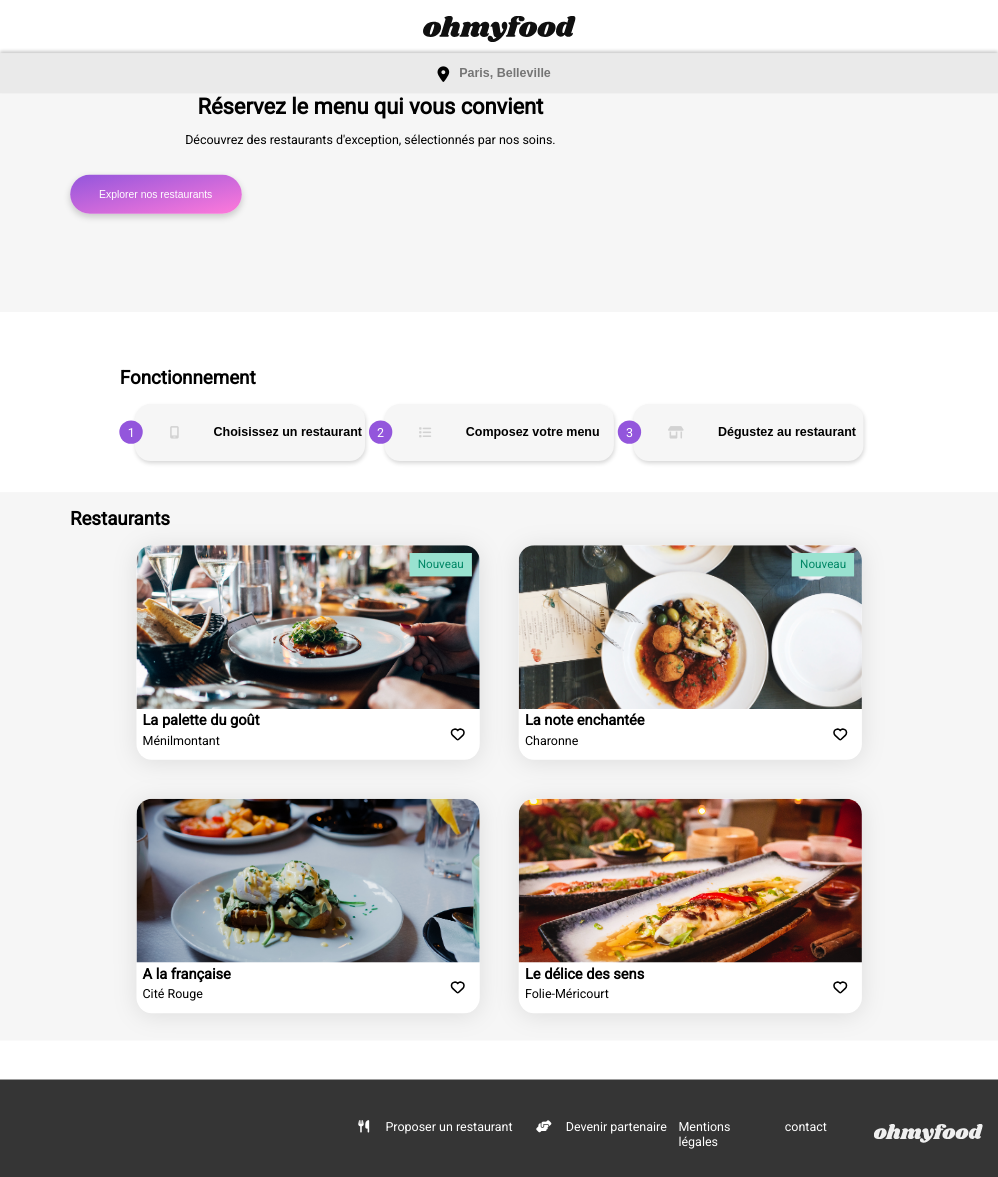
Repository: ByteVoyageur/OC-P4
Page: index.html
The author's editor kept a copy of each file at every save. The page is drawn from the files as they stood at one save, then again after the next save.
The browser window is 1280 px wide. The pictures show the whole page, at 78% of full size.
Some web fonts or font styles are not loaded; a fallback is used. The style sheet was rebuilt from its Sass, Less or Tailwind sources for each picture, by a compiler version that may differ from the author's.

Above is the page before, as saved 2023-09-28 14:57:30.

### index.html
<!DOCTYPE html>
<html lang="fr">

<head>
    <meta charset="UTF-8">
    <meta name="viewport" content="width=device-width, initial-scale=1.0">
    <title>Ohmyfood</title>
    <link rel="stylesheet" href="https://cdnjs.cloudflare.com/ajax/libs/font-awesome/6.2.1/css/all.min.css">
    <link rel="preconnect" href="https://fonts.googleapis.com">
    <link rel="preconnect" href="https://fonts.gstatic.com" crossorigin>
    <link href='https://fonts.googleapis.com/css?family=Roboto' rel='stylesheet'>
    <link href="https://fonts.googleapis.com/css2?family=Shrikhand&display=swap" rel="stylesheet">
    <link href="https://fonts.googleapis.com/css2?family=Bebas+Neue&display=swap" rel="stylesheet">
    <link rel="stylesheet" href="assets/css/style.css">
</head>

<body>
    <div class="promo-bouncer-animation">
        <div class="bouncer">
            <div></div>
            <div></div>
            <div></div>
        </div>
        <div class="promo-text">
            Profitez de <span class="highlight">50%</span> de réduction sur votre première commande !
        </div>
    </div>
    <div class="main-container">
        <header>
            <div class="logo">
                <img src="assets/images/logo/ohmyfood@2x.svg" alt="logo">
            </div>
            <form action="#" class="search-form">
                <i class="fa-solid fa-location-dot location-icon fa-lg"></i>
                <input type="text" name="search" placeholder="Paris, Belleville" class="search-input">
            </form>
        </header>
        <main>
            <section class="restaurants-intro">
                <h1>Réservez le menu qui vous convient</h1>
                <p>Découvrez des restaurants d'exception, sélectionnés par nos soins.</p>
                <button class="btn-exploration">Explorer nos restaurants</button>
            </section>

            <div class="fonctionnement">
                <h2>Fonctionnement</h2>
                <div class="steps-container">
                    <div class="step">
                        <span>1</span>
                        <button>
                            <i class="fa-solid fa-mobile-screen"></i>
                            <span>Choisissez un restaurant</span>
                        </button>
                    </div>
                    <div class="step">
                        <span>2</span>
                        <button>
                            <i class="fa-solid fa-list"></i>
                            <span>Composez votre menu</span>
                        </button>
                    </div>
                    <div class="step">
                        <span>3</span>
                        <button>
                            <i class="fa-solid fa-shop"></i>
                            <span>Dégustez au restaurant</span>
                        </button>
                    </div>
                </div>
            </div>

            <section class="restaurants-list">
                <h2>Restaurants</h2>
                <div class="restaurants-cards">
                    <a href="restaurants/laPaletteDuGout.html">
                        <article class="card">
                            <div class="card-image">
                                <img src="assets/images/restaurants/jay-wennington-N_Y88TWmGwA-unsplash.jpg"
                                    alt="restaurant">
                                <span class="card-tag">Nouveau</span>
                            </div>
                            <div class="card-content">
                                <div class="card-txt">
                                    <h3>La palette du goût</h3>
                                    <p>Ménilmontant</p>
                                </div>
                                <div class="card-rating">
                                    <i class="fa-solid fa-heart"></i>
                                </div>
                            </div>
                        </article>
                    </a>
                    <a href="restaurants/laNoteEnchantee.html">
                        <article class="card">
                            <div class="card-image">
                                <img src="assets/images/restaurants/stil-u2Lp8tXIcjw-unsplash.jpg" alt="restaurant">
                                <span class="card-tag">Nouveau</span>
                            </div>
                            <div class="card-content">
                                <div class="card-txt">
                                    <h3>La note enchantée</h3>
                                    <p>Charonne</p>
                                </div>
                                <div class="card-rating">
                                    <i class="fa-solid fa-heart"></i>
                                </div>
                            </div>
                        </article>
                    </a>
                    <a href="restaurants/aLaFrancaise.html">
                        <article class="card">
                            <div class="card-image">
                                <img src="assets/images/restaurants/toa-heftiba-DQKerTsQwi0-unsplash.jpg"
                                    alt="restaurant">
                            </div>
                            <div class="card-content">
                                <div class="card-txt">
                                    <h3>A la française</h3>
                                    <p>Cité Rouge</p>
                                </div>
                                <div class="card-rating">
                                    <i class="fa-solid fa-heart"></i>
                                </div>
                            </div>
                        </article>
                    </a>
                    <a href="restaurants/leDeliceDesSens.html">
                        <article class="card">
                            <div class="card-image">
                                <img src="assets/images/restaurants/louis-hansel-shotsoflouis-qNBGVyOCY8Q-unsplash.jpg"
                                    alt="restaurant">
                            </div>
                            <div class="card-content">
                                <div class="card-txt">
                                    <h3>Le délice des sens</h3>
                                    <p>Folie-Méricourt</p>
                                </div>
                                <div class="card-rating">
                                    <i class="fa-solid fa-heart"></i>
                                </div>
                            </div>
                        </article>
                    </a>
                </div>
            </section>
        </main>
        <footer>
            <div class="footer-logo">
                <img src="assets/images/logo/ohmyfood@2x.svg" alt="logo">
            </div>
            <div class=" footer-social">
                <ul>
                    <li class="proposer-un-restaurant">
                        <i class="fa-solid fa-utensils"></i>
                        <a href="#">Proposer un restaurant</a>
                    </li>
                    <li class="devenir-partenaire">
                        <i class="fa-solid fa-handshake-angle"></i>
                        <a href="#">Devenir partenaire</a>
                    </li>
                    <li><a href="#">Mentions légales</a></li>
                    <li><a href="mailto:example@example.com">contact</a></li>
                </ul>
            </div>
        </footer>
    </div>

</body>

</html>

### sass/style.scss
@import 'color';
@import 'body';
@import 'header';
@import 'footer';
@import 'animation-loading';
@import 'heart-hover-effect';
@import 'mixin';

.btn-exploration {
  @include btn-exploration-style;
  background: linear-gradient(
    175deg,
    $color-Primaire 0%,
    $color-Secondaire 100%
  );
  box-shadow: 0px 4px 10px 0px rgba(0, 0, 0, 0.2);

  &:hover {
    box-shadow: 0px 4px 20px 0px rgba(0, 0, 0, 0.2);
    transform: scale(1.05);
  }
}

.btn-exploration {
  @include btn-exploration-style;
  background: linear-gradient(
    to bottom right,
    $color-Primaire,
    $color-Secondaire
  );

  &:hover {
    background: linear-gradient(
      to bottom right,
      $color-Primaire,
      $color-Secondaire 80%
    );
    box-shadow: 0px 10px 20px rgba(0, 0, 0, 0.2);
    transform: scale(1.05);
  }
}

.restaurants-intro,
.restaurants-list {
  background-color: #f6f6f6;
  width: 100%;
  flex-direction: column;
  gap: 20px;
  margin-bottom: 50px;
  padding: 0 7%;
}

.restaurants-intro {
  height: 350px;
  color: black;

  h1 {
    width: 70%;
    font-size: 1.75em;
    font-weight: bold;
    margin-bottom: 10px;
    text-align: center;
    margin-top: 0;
  }

  p {
    width: 70%;
    font-size: 1.2em;
    text-align: center;
  }
}

.fonctionnement {
  width: 100%;
  display: flex;
  flex-direction: column;
  h2 {
    margin-left: 6%;
  }

  .steps-container {
    display: flex;
    flex-direction: column;
    align-items: center;
    width: 100%;
    gap: 25px;
    margin-bottom: 50px;

    .step {
      display: flex;
      flex-direction: row;
      align-items: center;
      justify-content: center;
      width: 85%;
      position: relative;

      span:nth-child(1) {
        background-color: $color-Primaire;
        border-radius: 50%;
        color: white;
        width: 30px;
        height: 30px;
        display: flex;
        align-items: center;
        justify-content: center;
        position: absolute;
        left: -20px;
        z-index: 2;
      }
    }

    button {
      width: 100%;
      background-color: #f6f6f6;
      font-weight: bold;
      font-size: 1em;
      border-radius: 20px;
      height: 73px;
      display: flex;
      align-items: center;
      justify-content: flex-start;
      box-shadow: 1px 3px 6px rgba(0, 0, 0, 0.16);
      gap: 15%;
      padding: 0;
      border: none;
      cursor: pointer;
      position: relative;
      z-index: 1;

      &:hover i {
        color: $color-Primaire;
      }

      i {
        color: #d2d2d2;
        padding-left: 15%;
      }

      span {
        text-align: center;
      }
    }
  }
}

.restaurants-cards {
  width: 100%;
  display: flex;
  flex-direction: column;
  flex-wrap: wrap;
  justify-content: center;
  gap: 20px;
}

a {
  color: black;
  text-decoration: none;
  width: 90%;
  height: auto;
  display: flex;
  flex-direction: column;

  .card {
    @include card-style;

    img {
      width: 100%;
      height: 210px;
      object-fit: cover;
      border-top-left-radius: 20px;
      border-top-right-radius: 20px;
      position: relative;
    }

    span {
      position: absolute;
      width: 80px;
      height: 30px;
      top: 10px;
      right: 10px;
      background-color: $color-Tertiaire;
      color: #008766;
      font-size: 15px;
      padding: 5px;
      text-align: center;
    }

    .card-content {
      display: flex;
      flex-direction: row;
      justify-content: space-between;

      .card-rating {
        margin-right: 10px;
        margin-top: 10px;
      }

      .card-txt {
        display: flex;
        flex-direction: column;
        gap: 5px;
        margin-left: 8px;
        margin-bottom: 15px;

        h3 {
          margin: 0;
        }

        p {
          margin: 0;
        }
      }
    }
  }
}

@media (min-width: 1024px) {
  .restaurants-intro {
    height: 280px;

    p {
      font-size: medium;
    }

    .btn-exploration {
      width: 220px;
    }
  }

  .fonctionnement {
    flex-direction: column;
    justify-content: center;

    h2 {
      margin-left: 12%;
    }

    .steps-container {
      display: flex;
      flex-direction: row;
      justify-content: center;
      margin-bottom: 40px;

      .step {
        flex-direction: row;
        width: 23%;
      }
    }
  }

  .restaurants-list {
    .restaurants-cards {
      flex-direction: row;
      gap: 50px;
      margin-bottom: 35px;

      a {
        width: 40%;
      }
    }
  }
}

### sass/color.scss
$color-Primaire: #9356dc;
$color-Secondaire: #ff79da;
$color-Tertiaire: #99e2d0;

### sass/body.scss
* {
  box-sizing: border-box;
}
html,
body {
  margin: 0;
  padding: 0;
  background-color: #ffffff;
  font-family: 'Roboto', sans-serif;
}

body {
  .main-container {
    margin: 0;
    padding: 0;
    display: flex;
    flex-direction: column;
    align-items: center;
    justify-content: center;

    main {
      display: flex;
      flex-direction: column;
      align-items: center;
      justify-content: center;
      width: 100%;
    }
  }
}

### sass/header.scss
header {
  width: 100%;
  height: 120px;
  background-color: white;
  display: flex;
  flex-direction: column;
  justify-content: center;
  align-items: center;
  .logo {
    margin-top: 20px;
    margin-bottom: 10px;
  }
  .search-form {
    width: 100%;
    height: 60px;
    background-color: #eaeaea;
    display: flex;
    justify-content: center;
    align-items: center;
    box-shadow: 0px -2px 4px rgba(0, 0, 0, 0.2);
    .location-icon {
      margin-right: 10px;
    }

    .search-input {
      font-size: 1em;
      font-weight: bold;
      border: none;
      background-color: transparent;
      width: auto;
      max-width: 15ch;
      border: 1px solid transparent;
      &:focus {
        outline: none;
        border: none;
      }
    }
  }
}

### sass/footer.scss
footer {
  width: 100%;
  background-color: #353535;
  display: flex;
  flex-direction: column;
  justify-content: flex-start;
  align-items: flex-start;
  padding: 20px;

  i {
    color: white;
  }

  .footer-social {
    display: flex;
    flex-direction: column;
    align-items: flex-start;
    gap: 15px;
    margin-top: 5px;

    ul {
      list-style-type: none;
      padding: 0;
      li {
        display: flex;
        flex-direction: row;
        gap: 20px;
        align-items: baseline;

        .fa-solid,
        .fas {
          width: 18px;
        }
        .my-custom-icon {
          font-size: 16px;
        }
      }
      gap: 5px;
    }

    a {
      color: white;
      text-decoration: none;
      font-size: 1em;
      margin-top: 10px;
      &:hover {
        text-decoration: underline;
      }
    }
  }
}
.footer-logo img {
  filter: invert(1);
}

@media (min-width: 1024px) {
  footer {
    flex-direction: row-reverse;
    align-items: center;
    gap: 50px;
    img {
      margin-top: 18px;
      width: 140px;
      height: 30px;
    }
    ul {
      display: flex;
      flex-direction: row;
      li {
        gap: 10px;
        a {
          margin-right: 10px;
        }
      }

      .fa-solid {
        margin-left: 12px;
      }
    }
  }
}

### sass/animation-loading.scss
@import 'color';
@import 'mixin';

.promo-bouncer-animation {
  position: fixed;
  top: 0;
  left: 0;
  width: 100%;
  height: 100%;
  background-color: $color-Primaire;
  animation: fadeOut 3.5s cubic-bezier(0.5, 0, 0.5, 0.2) forwards;
  z-index: 10;
  pointer-events: none;
}

.promo-text {
  font-family: 'Bebas Neue', sans-serif;
  font-size: 3em;
  text-shadow: 4px 4px 8px rgba(0, 0, 0, 0.6);
  color: white;
  position: absolute;
  top: 40%;
  left: 50%;
  transform: translate(-50%, -50%);
  z-index: 11;
}

.promo-text .highlight {
  font-size: 2em;
}

.content {
  opacity: 0;
  transition: opacity 1s;
  position: relative;
}

@keyframes fadeOut {
  0% {
    opacity: 1;
  }
  100% {
    opacity: 0;
    height: 100%;
    width: 100%;
  }
}

@keyframes highlightPulse {
  0%,
  100% {
    font-size: 2em;
  }
  50% {
    font-size: 2.5em;
  }
}

.promo-text .highlight {
  font-size: 2em;
  display: inline-block;
  animation: highlightPulse 2s;
}

@keyframes bounce {
  0%,
  20%,
  50%,
  80%,
  100% {
    transform: translateY(0);
  }
  40% {
    transform: translateY(-150%);
  }
  60% {
    transform: translateY(-75%);
  }
}

.bouncer {
  display: flex;
  justify-content: space-between;
  position: absolute;
  top: 20%;
  left: 50%;
  transform: translateX(-50%);
  width: 100px;
  margin: 0 auto;
}

.bouncer div {
  width: 20px;
  height: 20px;
  background-color: #ece2e2;
  border-radius: 100%;
  animation: bounce 1.5s infinite ease-in-out;
}

.bouncer div:nth-child(2) {
  animation-delay: -0.4s;
}

.bouncer div:nth-child(3) {
  animation-delay: -0.8s;
}

### sass/mixin.scss
@mixin btn-exploration-style {
  border-radius: 40px;
  color: white;
  height: 50px;
  width: 58%;
  border: none;
  margin-top: 20px;
  transition: all 0.3s ease-in-out;
}

@mixin flex-center {
  display: flex;
  justify-content: center;
  align-items: center;
}

@mixin card-style {
  width: 100%;
  display: flex;
  flex-direction: column;
  background-color: white;
  border-radius: 20px;
  filter: drop-shadow(0px 3px 15px rgba(0, 0, 0, 0.1));
  transition: all 0.2s;
}

@mixin ellipsis {
  overflow: hidden;
  text-overflow: ellipsis;
  white-space: nowrap;
}

### sass/heart-hover-effect.scss
@import 'color';

.fa-heart {
  color: transparent;
  -webkit-text-stroke: 2px black;
  padding: 10px;
}

.fa-heart:hover {
  -webkit-text-stroke: 0 black;
  animation: display-coeur 2s ease forwards;
}

@keyframes display-coeur {
  0% {
    transform: scale(0.7);
    color: transparent;
  }

  50% {
    transform: scale(1.5);
    -webkit-background-clip: text;
    background-image: linear-gradient(
      to bottom right,
      $color-Primaire,
      $color-Secondaire
    );
  }
  100% {
    transform: scale(1);
    -webkit-background-clip: text;
    background-image: linear-gradient(
      to bottom right,
      $color-Primaire,
      $color-Secondaire
    );
  }
}

After the next save:
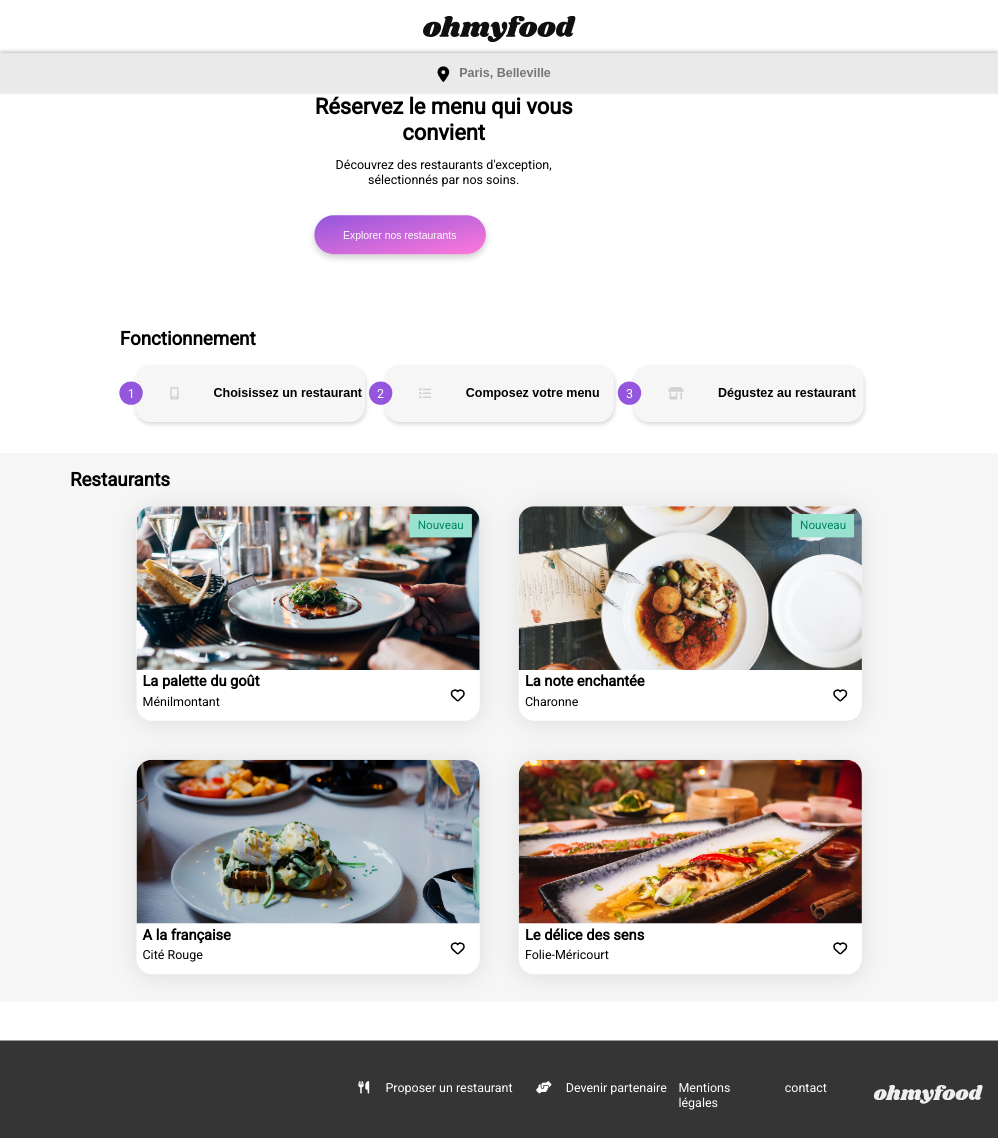
Saved 33 s later.
--- a/sass/style.scss
+++ b/sass/style.scss
@@ -40,7 +40,6 @@
   }
 }
 
-.restaurants-intro,
 .restaurants-list {
   background-color: #f6f6f6;
   width: 100%;
